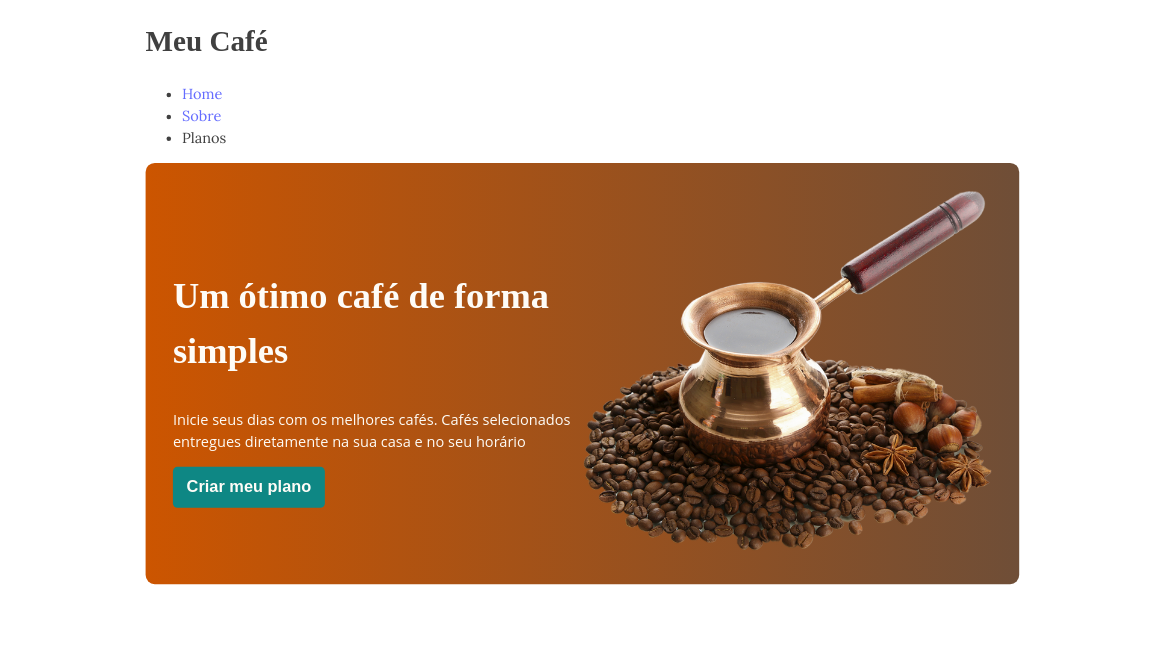
Repository: meiotera/meu_cafe.dev
Page: /
An editor plug-in stored every save of this project. The page is shown before and after the next save, followed by the edit.
The browser window is 1280 px wide. The pictures show the whole page, at 91% of full size.
The project was rebuilt for these pictures with package versions that can differ from the ones it lists, and the page was loaded fresh each time. Also part of the build but not shown: vite.config.js, src/Pages/AboutUs.jsx, src/Pages/YourPlane.jsx.

Above is the page before, as saved 2025-04-02 17:44:27.

After the next save:
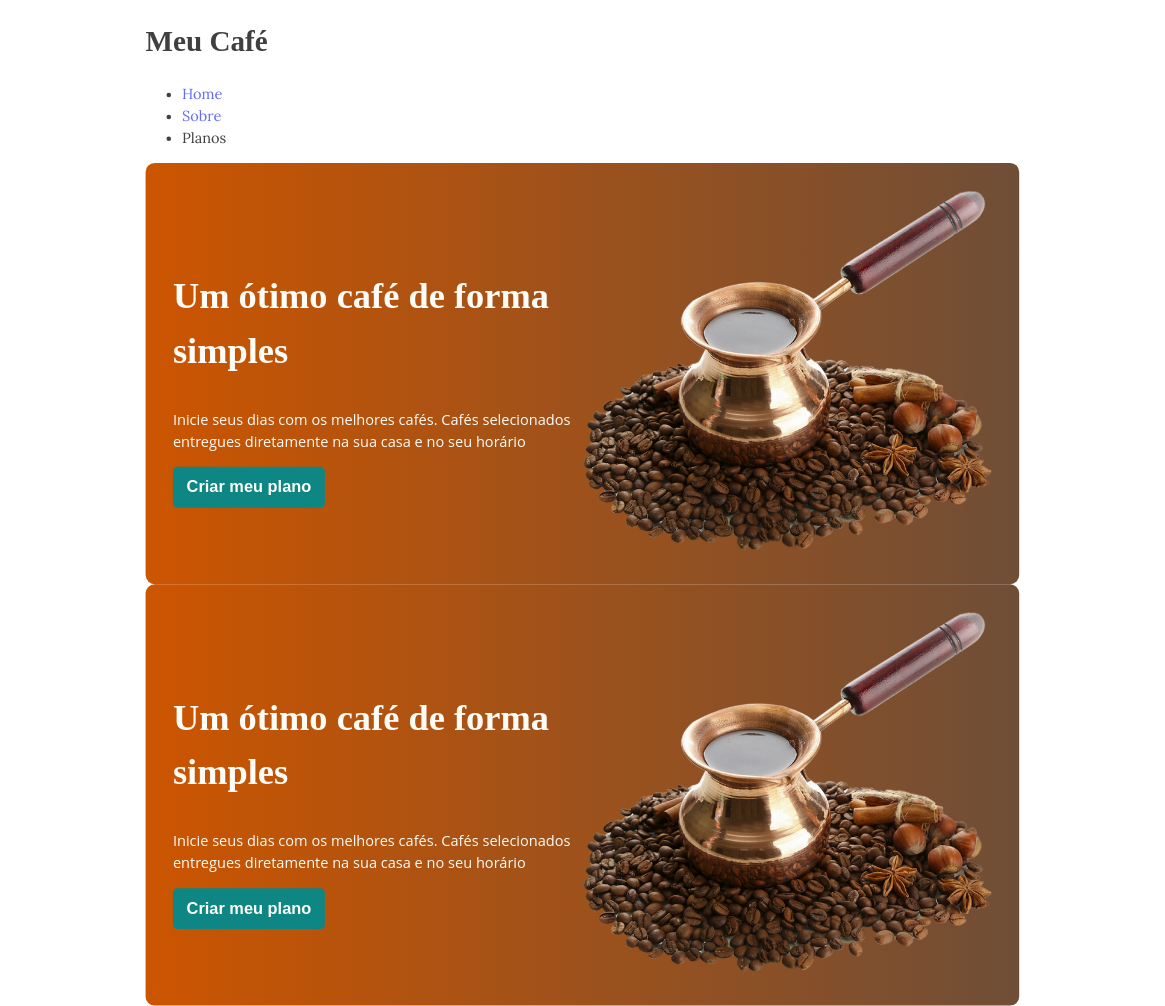
Saved 48 s later.
--- a/src/Pages/Home.jsx
+++ b/src/Pages/Home.jsx
@@ -1,8 +1,18 @@
 import React from 'react';
 import Main from '../components/Main/Main';
+import Banner from '../components/Banner/Banner';
 
 const Home = () => {
-  return <Main>Home</Main>;
+  return (
+    <Main>
+      <Banner
+        titulo={'Um ótimo café de forma simples'}
+        texto={
+          'Inicie seus dias com os melhores cafés. Cafés selecionados entregues diretamente na sua casa e no seu horário'
+        }
+      />
+    </Main>
+  );
 };
 
 export default Home;

After the save that followed:
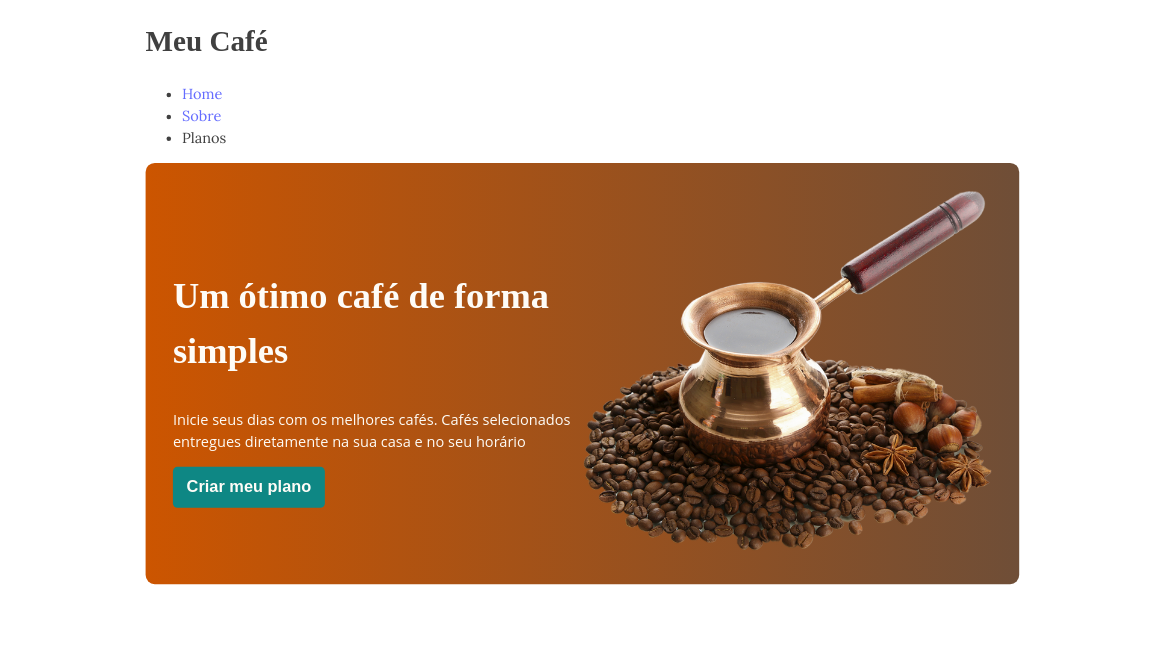
Saved 10 s later.
--- a/src/components/Header/Header.jsx
+++ b/src/components/Header/Header.jsx
@@ -11,13 +11,6 @@
         <h1>Meu Café</h1>
 
         <NavBar />
-
-        <Banner
-          titulo={'Um ótimo café de forma simples'}
-          texto={
-            'Inicie seus dias com os melhores cafés. Cafés selecionados entregues diretamente na sua casa e no seu horário'
-          }
-        />
       </div>
     </header>
   );
